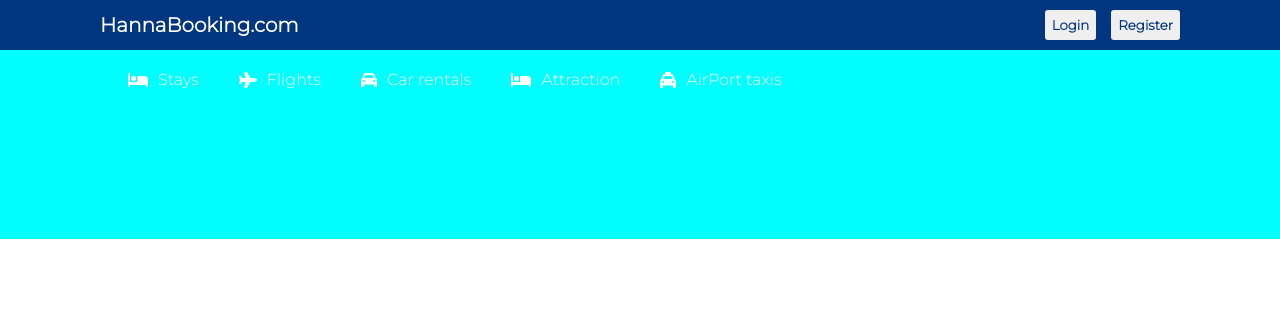
Repository: truongnguyenuit/BookingWebApp
Page: /
These files come from the project's save history. The page is drawn as it stood at one moment and after a run of saves; the edit follows.
The browser window is 1280 px wide. The pictures show the whole page.
The project was rebuilt for these pictures with package versions that can differ from the ones it lists, and the page was loaded fresh each time.

Above is the page before, as saved 2022-05-26 15:34:08.

### public/index.html
<!DOCTYPE html>
<html lang="en">
  <head>
    <meta charset="utf-8" />
    <meta name="viewport" content="width=device-width, initial-scale=1" />
    <meta
      name="description"
      content="Web site created using create-react-app"
    />
    <link
      href="https://fonts.googleapis.com/css2?family=Montserrat:wght@300&display=swap"
      rel="stylesheet"
    >
    <style>
      *{
        font-family: 'Montserrat', sans-serif;
        margin: 0;
      }
    </style>

    <title>HannaBooking</title>
  </head>
  <body>
    <noscript>You need to enable JavaScript to run this app.</noscript>
    <div id="root"></div>
  </body>
</html>

### src/App.js
import Home from "./pages/home/Home";
function App() {
  return (
    <Home />
  );
}

export default App;

### src/pages/home/Home.jsx
import React from 'react'
import Header from '../../components/header/Header';
import Navbar from '../../components/navbar/Navbar';
const Home = () => {
  return (
    <div>
      <Navbar />
      <Header />
    </div>
  )
}
export default Home;

### src/components/header/Header.jsx
import {
    faBed,
    faCalendarDays,
    faCar,
    faPerson,
    faPlane,
    faTaxi,
} from "@fortawesome/free-solid-svg-icons";
import { FontAwesomeIcon } from "@fortawesome/react-fontawesome";
import "./header.css";
// import { DateRange } from "react-date-range";
import { useState } from "react";
// import "react-date-range/dist/styles.css"; // main css file
// import "react-date-range/dist/theme/default.css"; // theme css file
// import { format } from "date-fns";
import { useNavigate } from "react-router-dom";
const Header = ({ type }) => {
    const [destination, setDestination] = useState("");
    const [openDate, setOpenDate] = useState(false);
    const [date, setDate] = useState([
        {
            startDate: new Date(),
            endDate: new Date(),
            key: "selection",
        }
    ]);
    const [openOptions, setOpenOptions] = useState(false);
    const [options, setOptions] = useState({
        adult: 1,
        children: 0,
        room: 1,
    });

    //const navigate = useNavigate();
    return (
        <div className="header">
            <div className="headerContainer">
                <div className="headerList">
                    <div className="headerListItem">
                        <FontAwesomeIcon icon={faBed} />
                        <span>Stays</span>
                    </div>
                    <div className="headerListItem">
                        <FontAwesomeIcon icon={faPlane} />
                        <span>Flights</span>
                    </div>
                    <div className="headerListItem">
                        <FontAwesomeIcon icon={faCar} />
                        <span>Car rentals</span>
                    </div>
                    <div className="headerListItem">
                        <FontAwesomeIcon icon={faBed} />
                        <span>Attraction</span>
                    </div>
                    <div className="headerListItem">
                        <FontAwesomeIcon icon={faTaxi} />
                        <span>AirPort taxis</span>
                    </div>
                </div>
                <>

                </>
            </div>
        </div>
    )
}
export default Header;

### src/components/navbar/Navbar.jsx
import React from 'react'
import "./navbar.css"
const Navbar = () => {
  return (
    <div className="navbar">
      <div className="navContainer">
        <span className="logo">HannaBooking.com</span>
        <div className="navItems">
          <button className="navButton">Login</button>
          <button className="navButton">Register</button>
        </div>
      </div>
    </div>
  )
}
export default Navbar;

### src/components/header/header.css
.header {
    background-color:aqua;
    color: white;
    display: flex;
    justify-content: center;
    position: relative;
}
.headerContainer {
    width:  100%;
    max-width: 1024px;
    margin: 20px 0px 100px 0px;
}
.headerList {
    display: flex;
    gap: 40px;
    margin-bottom: 50px;
}
.headerListItem {
    display: flex;
    align-items: center;
    gap: 10px;
}

### src/components/navbar/navbar.css
.navbar {
    height: 50px;
    background-color: #003580;
    display: flex;
    justify-content: center;
}
.navContainer {
    width: 100%;
    display: flex;
    justify-content: space-between;
    align-items: center;
    padding-left: 100px;
    padding-right: 100px;
}
.logo {
    font-weight: bold;
    font-size:20px ;
    color: white;
}
/* .navItems {
    width: 10.5%;
    display: flex;
    justify-content: space-between;
} */
.navButton {
    padding: 7px;
    border: none;
    border-radius: 3px;
    font-weight: bold;
    color: #003580;
    margin-left: 15px;
}

Loaded but not shown: src/index.js (common file)

After the next 3 saves:
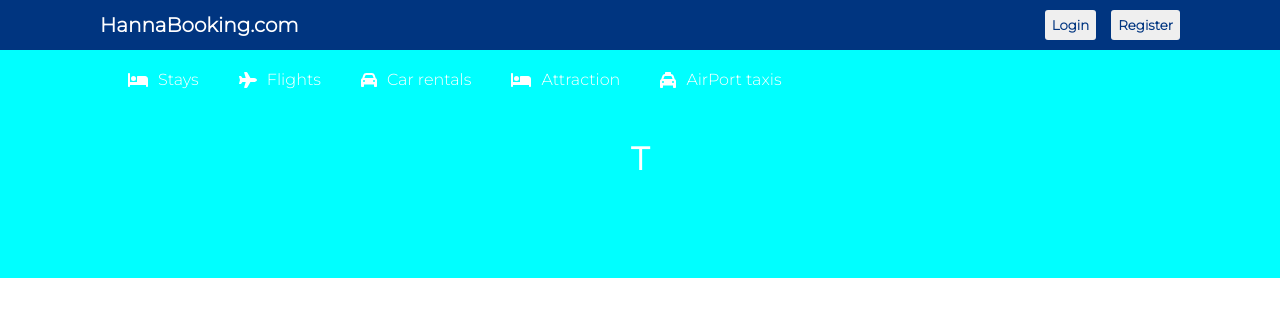
The 3 saves are shown as one change because they came seconds apart.
The last was saved 21 s later.
--- a/src/components/header/Header.jsx
+++ b/src/components/header/Header.jsx
@@ -58,7 +58,7 @@
                     </div>
                 </div>
                 <>
-
+                    <h1 className="header">T</h1>
                 </>
             </div>
         </div>

After the 5 saves that followed:
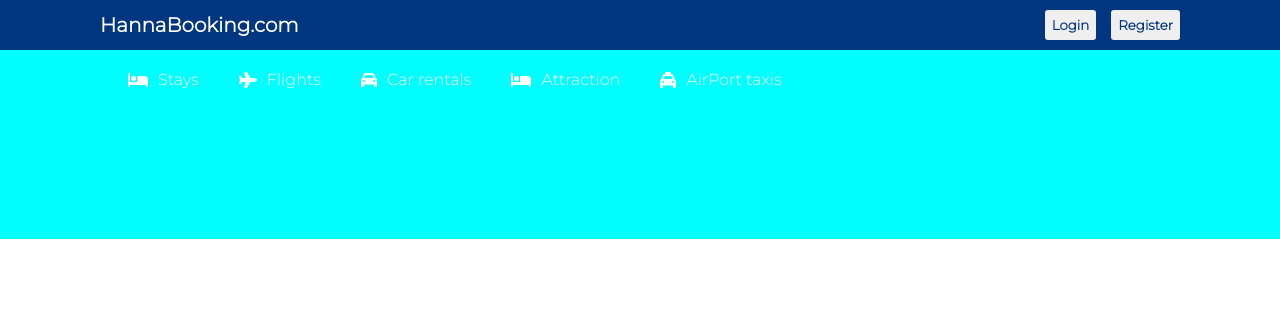
The 5 saves are shown as one change because they came seconds apart.
The last was saved 14 s later.
--- a/src/components/header/Header.jsx
+++ b/src/components/header/Header.jsx
@@ -58,7 +58,9 @@
                     </div>
                 </div>
                 <>
-                    <h1 className="header">T</h1>
+                    <h1 className="HeaderTitle">
+
+                    </h1>
                 </>
             </div>
         </div>
